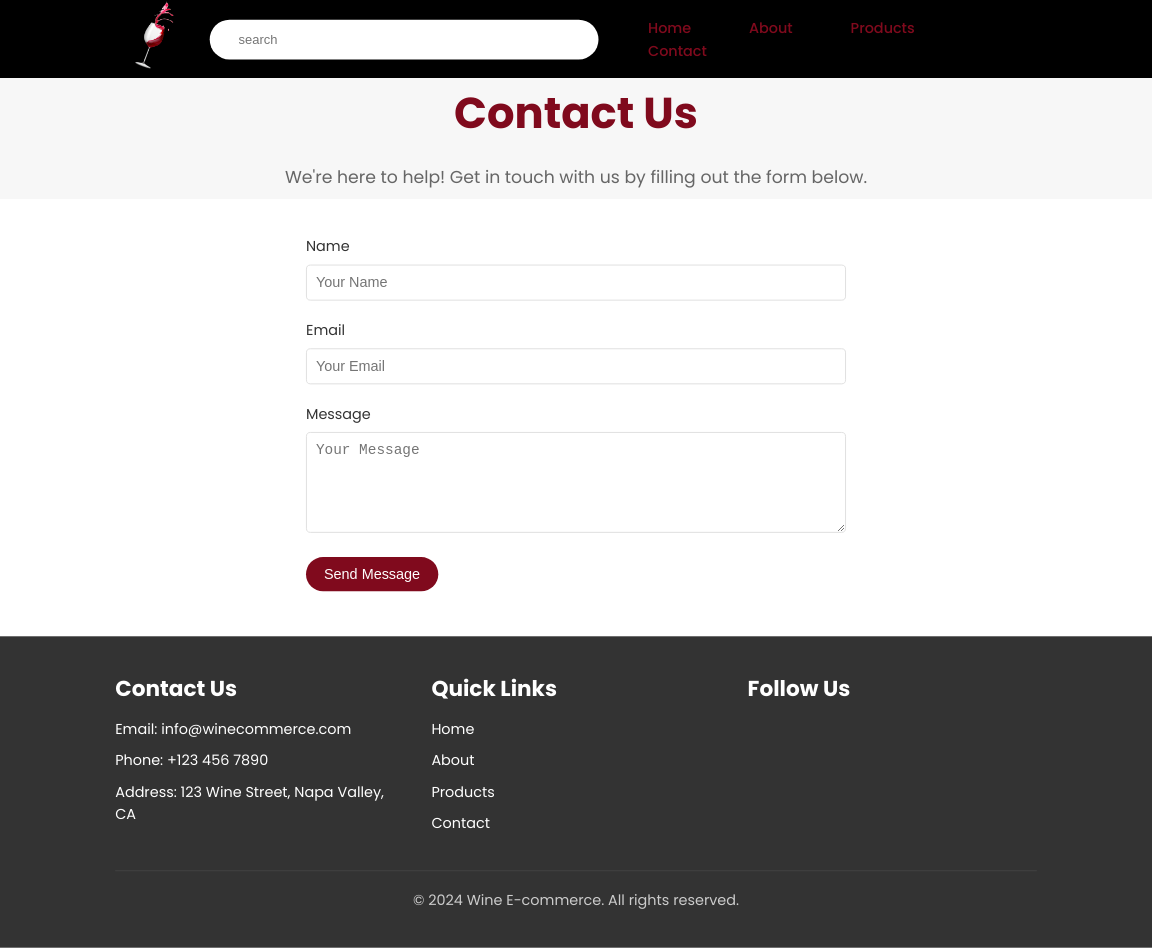
Repository: vncntxl/assesment3
Page: contact.html
These files come from the project's save history. The page is drawn as it stood at one moment and after the next save; the edit follows.
The browser window is 1280 px wide. The pictures show the whole page, at 90% of full size.
Some icons come from a web library that is not loaded, so they are not drawn.

Above is the page before, as saved 2024-08-22 13:45:56.

### contact.html
<!DOCTYPE html>
<html lang="en">

<head>
    <meta charset="UTF-8">
    <meta name="viewport" content="width=device-width, initial-scale=1.0">
    <title>Contact Us - Wine E-commerce</title>
    <link rel="stylesheet" href="styles.css">
    <link rel="stylesheet" href="https://unicons.iconscout.com/release/v4.0.0/css/line.css">
    <link rel="icon" href="images/logo.png" type="image/png">

</head>

<body>
    <!-- START OF NAVBAR -->
    <nav class="nav">
        <div class="container">
            <a href="index.html">
                <img class="logo" src="images/logo.png" alt="Logo">
            </a>
            <div class="search-bar">
                <i class="uil uil-search"></i>
                <input type="search" placeholder="search">
            </div>
            <div class="hamburger" id="hamburger">
                <i class="uil uil-bars"></i>
            </div>
            <ul>
                <li><a href="index.html">Home</a></li>
                <li><a href="about.html">About</a></li>
                <li><a href="products.html">Products</a></li>
                <li><a href="contact.html" class="active">Contact</a></li>
            </ul>
        </div>
    </nav>
    <!-- END OF NAVBAR -->

    <!-- START OF CONTACT SECTION -->
    <section class="contact-hero">
        <div class="container">
            <h1>Contact Us</h1>
            <p>We're here to help! Get in touch with us by filling out the form below.</p>
        </div>
    </section>

    <section class="contact-form container">
        <form id="contactForm">
            <div class="form-group">
                <label for="name">Name</label>
                <input type="text" id="name" name="name" placeholder="Your Name" required>
            </div>
            <div class="form-group">
                <label for="email">Email</label>
                <input type="email" id="email" name="email" placeholder="Your Email" required>
            </div>
            <div class="form-group">
                <label for="message">Message</label>
                <textarea id="message" name="message" placeholder="Your Message" rows="5" required></textarea>
            </div>
            <button type="submit" class="btn">Send Message</button>
        </form>
    </section>
    <!-- END OF CONTACT SECTION -->

    <!-- START OF FOOTER -->
    <footer class="footer">
        <div class="container">
            <div class="footer-columns">
                <div class="footer-column">
                    <h3>Contact Us</h3>
                    <ul>
                        <li>Email: info@winecommerce.com</li>
                        <li>Phone: +123 456 7890</li>
                        <li>Address: 123 Wine Street, Napa Valley, CA</li>
                    </ul>
                </div>
                <div class="footer-column">
                    <h3>Quick Links</h3>
                    <ul>
                        <li><a href="index.html">Home</a></li>
                        <li><a href="about.html">About</a></li>
                        <li><a href="products.html">Products</a></li>
                        <li><a href="#">Contact</a></li>
                    </ul>
                </div>
                <div class="footer-column">
                    <h3>Follow Us</h3>
                    <ul class="social-links">
                        <li><a href="#"><i class="uil uil-facebook-f"></i></a></li>
                        <li><a href="#"><i class="uil uil-twitter"></i></a></li>
                        <li><a href="#"><i class="uil uil-instagram"></i></a></li>
                        <li><a href="#"><i class="uil uil-linkedin-alt"></i></a></li>
                    </ul>
                </div>
            </div>
            <p class="footer-note">&copy; 2024 Wine E-commerce. All rights reserved.</p>
        </div>
    </footer>
    <!-- END OF FOOTER -->

    <script>
        document.getElementById("contactForm").addEventListener("submit", function(event) {
            event.preventDefault();
            alert("Successfully contacted!");
            document.getElementById("contactForm").reset(); // Reset the form after submission
        });
    </script>
</body>

</html>

### styles.css
/* font */
@import url('https://fonts.googleapis.com/css2?family=Poppins:ital,wght@0,100;0,200;0,300;0,400;0,500;0,600;0,700;0,800;0,900;1,100;1,200;1,300;1,400;1,500;1,600;1,700;1,800;1,900&display=swap');

* {
    padding: 0;
    margin: 0;
    box-sizing: border-box;
    outline: none;
    border: none;
}

body {
    font-family: 'Poppins', sans-serif;
}

.container {
    width: 80%;
    margin: 0 auto;
}

nav {
    width: 100%;
    background-color: black;
    padding: 0.7 rem 0;
    position: fixed;
    top: 0;
    z-index: 10;
}

.logo {
    max-width: 90px;
}

nav .container {
    display: flex;
    align-items: center;
    justify-content: space-between;
}

.search-bar {
    background-color: #fff;
    border-radius: 2rem;
    padding: 0.6rem 1rem;
    margin: 15px;
}

.search-bar input[type="search"] {
    background: transparent;
    width: 30vw;
    margin-left: 1rem;
    font-size: 0.9rem;
    color: #800A1D;

}

nav li {
    display: inline-block;
    padding: 0 20px;
}

nav li a {
    text-decoration: none;
    color: #800A1D;
    font-weight: 500;
}

.hero-section {
    margin-top: 85px;
}

.white-image {
    background-image: url(images/white.jpg);
}

.red-image {
    background-image: url(images/red.jpg);

}

.rose-image {
    background-image: url(images/rose.jpg);

}

.sparkling-image {
    background-image: url(images/white.jpg);

}

.carousel {
    background: #EEE;
    font-size: 80px;
    color: #fff;
    font-weight: 600;
    max-height: 500px;
    margin-bottom: 50px;
}
.carousel-cell {
    width: 100%;
    height: 500px;
    display: flex;
    align-items: center;
    justify-content: center;
    background-size: cover;
    background-position: center;
    background-repeat: no-repeat;
    transition: opacity 0.3s ease;
}

/* cell number */
.carousel-cell:before {
    display: block;
    text-align: center;
    line-height: 200px;
    font-size: 80px;
    color: white;
}


/* big buttons, no circle */
.flickity-prev-next-button {
    width: 50px;
    height: 50px;
    background: rgba(255, 255, 255, 0.5);
    position: absolute;
    top: 50%;
    transform: translateY(-50%);
    z-index: 1000;
}

/* arrow color */
.flickity-prev-next-button .arrow {
    fill: white;
}

.flickity-prev-next-button.no-svg {
    color: white;
}

.flickity-prev-next-button:hover {
    background: transparent;
}

/* hide disabled button */
.flickity-prev-next-button:disabled {
    display: none;
}
/* Start of main content section */
.main-content {
    margin: 0px px;
}

.featured-products {
    text-align: center;
    margin-bottom: 50px;
}

.featured-products h2 {
    font-size: 2.5rem;
    color: #800A1D;
}

.products {
    display: grid;
    grid-template-columns: repeat(auto-fit, minmax(250px, 1fr));
    gap: 20px;
    margin-top: 20px;
}

.product-card {
    background-color: #fff;
    border: 1px solid #ddd;
    border-radius: 10px;
    overflow: hidden;
    box-shadow: 0px 0px 10px rgba(0, 0, 0, 0.1);
    transition: transform 0.3s ease;
    text-align: center;
    padding: 20px;
}

.product-card img {
    width: 100%;
    height: 300px;
    object-fit: contain;
    display: block;
    margin: 0 auto;
}


.product-card h3 {
    font-size: 1.5rem;
    color: #333;
    margin-bottom: 10px;
}

.product-card .price {
    font-size: 1.2rem;
    color: #800A1D;
}

.product-card:hover {
    transform: translateY(-5px);
}

/* About Us Section */
.about-us {
    text-align: center;
    padding: 50px 50px;
    width: 100%;
}

.about-us h2 {
    font-size: 2.5rem;
    color: #800A1D;
    margin-bottom: 20px;
}

.about-us p {
    font-size: 1.1rem;
    color: #666;
    margin-bottom: 30px;
}

.about-us .btn {
    display: inline-block;
    background-color: #800A1D;
    color: #fff;
    padding: 10px 20px;
    border-radius: 20px;
    text-decoration: none;
    transition: background-color 0.3s ease;
}

.about-us .btn:hover {
    background-color: #a00;
}

/* Footer Styles */
.footer {
    background-color: #333;
    color: #fff;
    padding: 40px 0;
    text-align: left;
}

.footer-columns {
    display: grid;
    grid-template-columns: repeat(auto-fit, minmax(200px, 1fr));
    gap: 30px;
    margin-bottom: 30px;
}

.footer-column h3 {
    font-size: 1.5rem;
    margin-bottom: 15px;
}

.footer-column ul {
    list-style: none;
}

.footer-column ul li {
    margin-bottom: 10px;
}

.footer-column ul li a {
    color: #fff;
    text-decoration: none;
}

.footer-column ul li a:hover {
    text-decoration: underline;
}

.social-links {
    display: flex;
    gap: 10px;
}

.social-links li {
    list-style: none;
}

.social-links li a {
    color: #fff;
    font-size: 1.5rem;
    transition: color 0.3s ease;
}

.social-links li a:hover {
    color: #800A1D;
}

.footer-note {
    text-align: center;
    font-size: 1rem;
    color: #ccc;
    border-top: 1px solid #444;
    padding-top: 20px;
    margin-top: 20px;
}

.about-hero {
    background-image: url('images/about-background.jpg');
    background-size: cover;
    background-position: center;
    padding-bottom: 50px;
    text-align: center;
    color: #fff;
}

.about-hero h1 {
    font-size: 3rem;
    margin-bottom: 20px;
}

.about-hero p {
    font-size: 1.2rem;
    max-width: 700px;
    margin: 0 auto;
}

.about-content {
    display: flex;
    flex-wrap: wrap;
    margin-top: 50px;
}

.about-text {
    flex: 1;
    padding-right: 20px;
}

.about-image {
    flex: 1;
}

.about-image img {
    max-width: 100%;
    border-radius: 10px;
    box-shadow: 0px 0px 20px rgba(0, 0, 0, 0.1);
}

.team {
    text-align: center;
    margin-top: 80px;
}

.team h2 {
    font-size: 2.5rem;
    color: #800A1D;
    margin-bottom: 50px;
}

.team-grid {
    display: grid;
    grid-template-columns: repeat(auto-fit, minmax(200px, 1fr));
    gap: 30px;
}

.team-member {
    text-align: center;
}

.team-member img {
    width: 100%;
    height: auto;
    border-radius: 50%;
    margin-bottom: 15px;
}

.team-member h3 {
    font-size: 1.5rem;
    color: #333;
    margin-bottom: 5px;
}

.team-member p {
    font-size: 1rem;
    color: #777;
}

.products-hero{
    margin-top: 100px;
    margin-bottom: 50px;
}
.products-hero .product-card{
    margin-bottom: 50px;
}
.contact-hero {
    background-color: #f7f7f7;
    padding-top: 90px ;
    padding-bottom: 10px;
    text-align: center;
    color: #333;
    margin-bottom: -10px;
}

.contact-hero h1 {
    font-size: 3rem;
    margin-bottom: 20px;
    color: #800A1D;
}

.contact-hero p {
    font-size: 1.2rem;
    max-width: 700px;
    margin: 0 auto;
    color: #666;
}

.contact-form {
    margin-top: 50px;
    max-width: 600px;
    margin-bottom: 50px;
}

.contact-form .form-group {
    margin-bottom: 20px;
}

.contact-form label {
    display: block;
    font-size: 1rem;
    color: #333;
    margin-bottom: 8px;
}

.contact-form input[type="text"],
.contact-form input[type="email"],
.contact-form textarea {
    width: 100%;
    padding: 10px;
    border-radius: 5px;
    border: 1px solid #ddd;
    font-size: 1rem;
    color: #333;
}

.contact-form textarea {
    resize: vertical;
}

.contact-form .btn {
    display: inline-block;
    background-color: #800A1D;
    color: #fff;
    padding: 10px 20px;
    border-radius: 20px;
    text-decoration: none;
    transition: background-color 0.3s ease;
    cursor: pointer;
    border: none;
    font-size: 1rem;
}

.contact-form .btn:hover {
    background-color: #a00;
}



@media (min-width: 600px) {
    nav .container {
        flex-direction: row;
        justify-content: space-between;
    }

    nav ul {
        flex-direction: row;
        margin-top: 0;
    }

    nav ul li {
        margin-bottom: 0;
        margin-left: 20px;
    }

    /* Adjust product grid for larger screens */
    .product-grid {
        grid-template-columns: repeat(2, 1fr); /* Two columns on medium screens */
        gap: 30px;
    }
}

@media (min-width: 900px) {
    /* Adjust product grid for large screens */
    .product-grid {
        grid-template-columns: repeat(3, 1fr); /* Three columns on large screens */
        gap: 30px;
    }
}

@media (min-width: 1200px) {
    /* Adjust product grid for extra-large screens */
    .product-grid {
        grid-template-columns: repeat(4, 1fr); /* Four columns on extra-large screens */
        gap: 40px;
    }
}

After the next save:
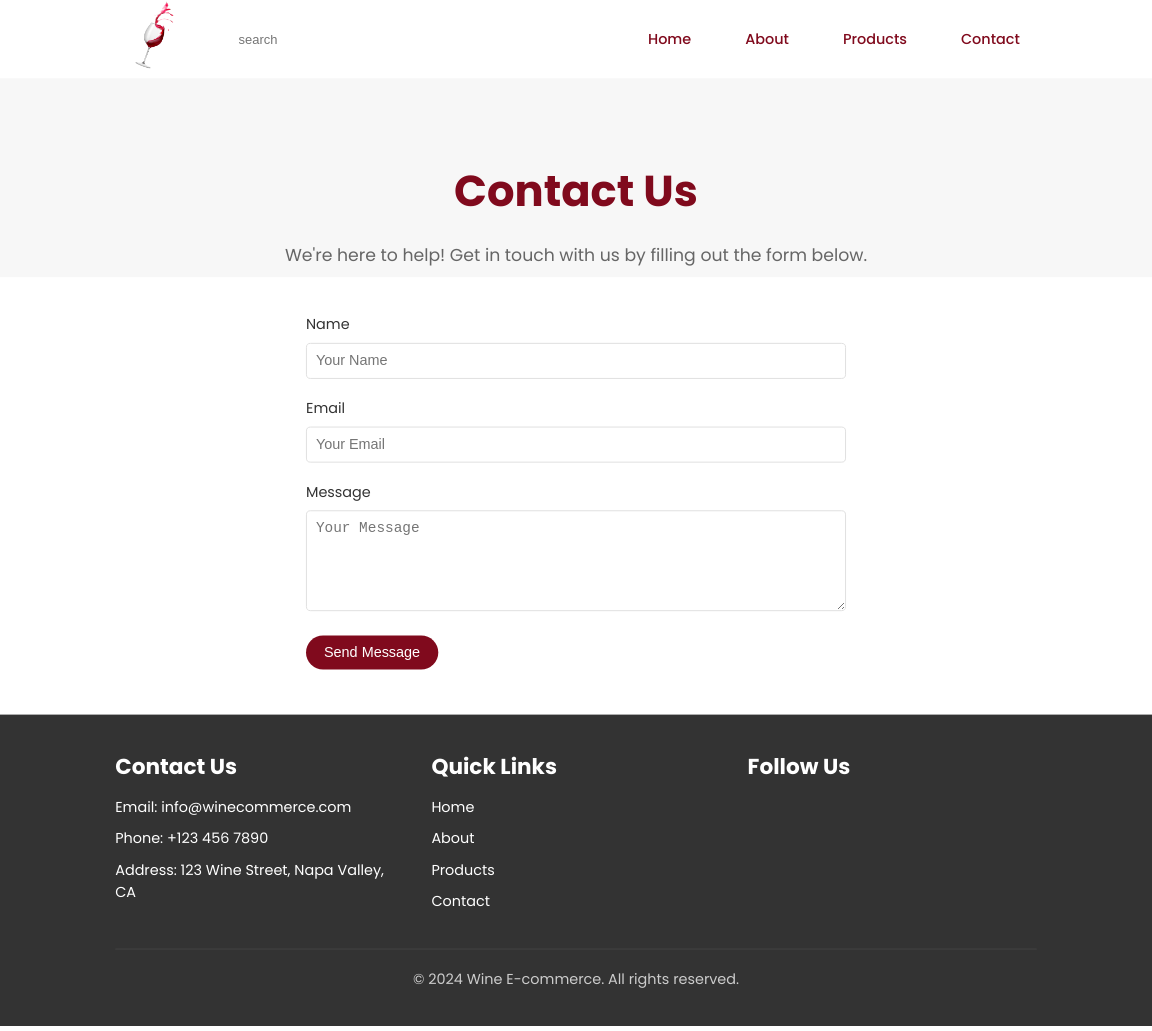
Saved 41 s later.
--- a/styles.css
+++ b/styles.css
@@ -18,14 +18,74 @@ body {
     margin: 0 auto;
 }
 
-nav {
-    width: 100%;
-    background-color: black;
-    padding: 0.7 rem 0;
-    position: fixed;
-    top: 0;
-    z-index: 10;
-}
+/* Base styles */
+nav .container {
+    display: flex;
+    flex-direction: row;
+    align-items: center;
+    justify-content: space-between;
+}
+
+nav ul {
+    display: flex;
+    flex-direction: row;
+    margin: 0;
+    padding: 0;
+    list-style: none;
+}
+
+nav ul li {
+    margin-left: 20px;
+}
+
+nav ul li a {
+    text-decoration: none;
+    color: #800A1D;
+    font-weight: 500;
+    font-size: 1rem;
+}
+
+/* Hamburger menu */
+.hamburger {
+    display: none;
+    cursor: pointer;
+}
+
+.hamburger i {
+    font-size: 2rem;
+    color: #800A1D;
+}
+
+/* Mobile styles */
+@media (max-width: 768px) {
+    .search-bar {
+        flex: 1;
+    }
+
+    nav ul {
+        display: none;
+        flex-direction: column;
+        position: absolute;
+        top: 60px;
+        right: 10px;
+        background-color: black;
+        border-radius: 8px;
+        padding: 10px;
+    }
+
+    nav ul li {
+        margin: 10px 0;
+    }
+
+    .hamburger {
+        display: block;
+    }
+
+    .nav-links.open {
+        display: flex;
+    }
+}
+
 
 .logo {
     max-width: 90px;
@@ -457,44 +517,3 @@ nav li a {
 .contact-form .btn:hover {
     background-color: #a00;
 }
-
-
-
-@media (min-width: 600px) {
-    nav .container {
-        flex-direction: row;
-        justify-content: space-between;
-    }
-
-    nav ul {
-        flex-direction: row;
-        margin-top: 0;
-    }
-
-    nav ul li {
-        margin-bottom: 0;
-        margin-left: 20px;
-    }
-
-    /* Adjust product grid for larger screens */
-    .product-grid {
-        grid-template-columns: repeat(2, 1fr); /* Two columns on medium screens */
-        gap: 30px;
-    }
-}
-
-@media (min-width: 900px) {
-    /* Adjust product grid for large screens */
-    .product-grid {
-        grid-template-columns: repeat(3, 1fr); /* Three columns on large screens */
-        gap: 30px;
-    }
-}
-
-@media (min-width: 1200px) {
-    /* Adjust product grid for extra-large screens */
-    .product-grid {
-        grid-template-columns: repeat(4, 1fr); /* Four columns on extra-large screens */
-        gap: 40px;
-    }
-}
